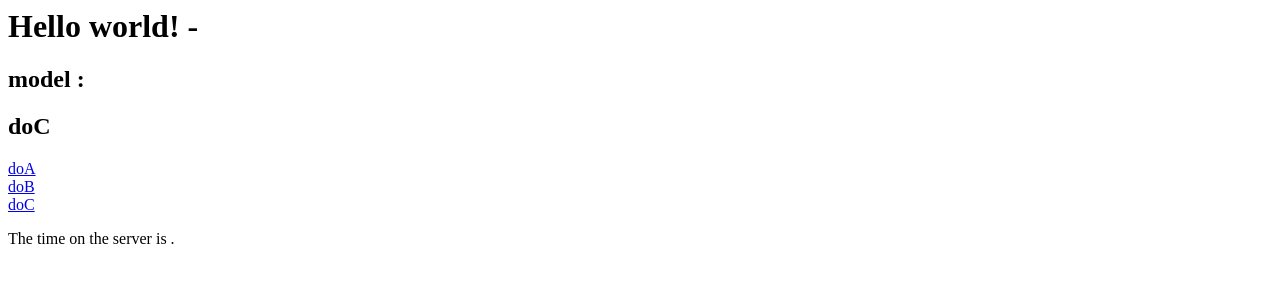
Repository: m1njunK/workspace-spring
Page: http://localhost/mvc_part01_controller/WEB-INF/views/home.jsp
The author's editor kept a copy of each file at every save. The page is drawn from the files as they stood at one save, then again after the next save.
The browser window is 1280 px wide. The pictures show the whole page.
The page is served by Tomcat 9. Nobody is signed in. Other server files are loaded and not shown. The template is opened directly, without the code that normally fills it, so the values that code supplies are empty.

Above is the page before, as saved 2023-07-24 05:47:41.

### mvc_part01_controller/src/main/webapp/WEB-INF/views/home.jsp
<%@ taglib uri="http://java.sun.com/jsp/jstl/core" prefix="c" %>
<%@ page session="true" %>
<html>
<head>
	<title>Home</title>
</head>
<body>
<h1>
	Hello world! - ${sessionScope.test}
</h1>
<h2>
	model : ${requestScope.modelTest}
</h2>
<h2>
	doC
</h2>
<a href="doA">doA</a> <br/>
<a href="doB">doB</a> <br/>
<a href="doC">doC</a> <br/>
<P>  The time on the server is ${serverTime}. </P>
</body>
</html>

After the next save:
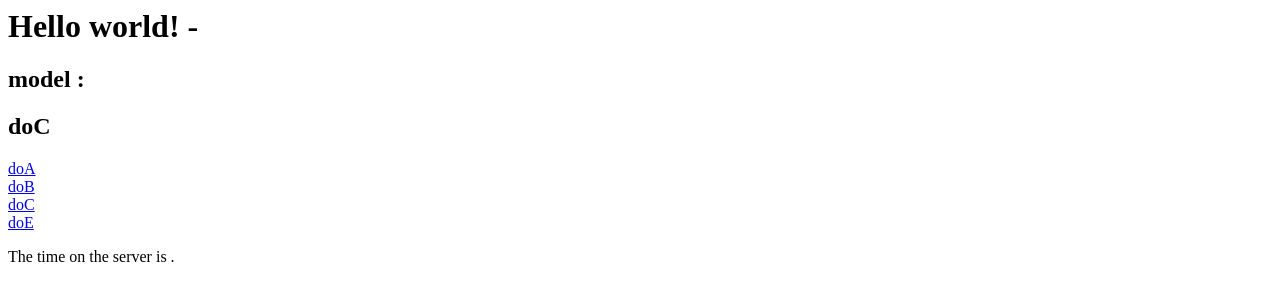
Saved 69 s later.
--- a/mvc_part01_controller/src/main/webapp/WEB-INF/views/home.jsp
+++ b/mvc_part01_controller/src/main/webapp/WEB-INF/views/home.jsp
@@ -17,6 +17,7 @@
 <a href="doA">doA</a> <br/>
 <a href="doB">doB</a> <br/>
 <a href="doC">doC</a> <br/>
+<a href="doC">doE</a> <br/>
 <P>  The time on the server is ${serverTime}. </P>
 </body>
 </html>
